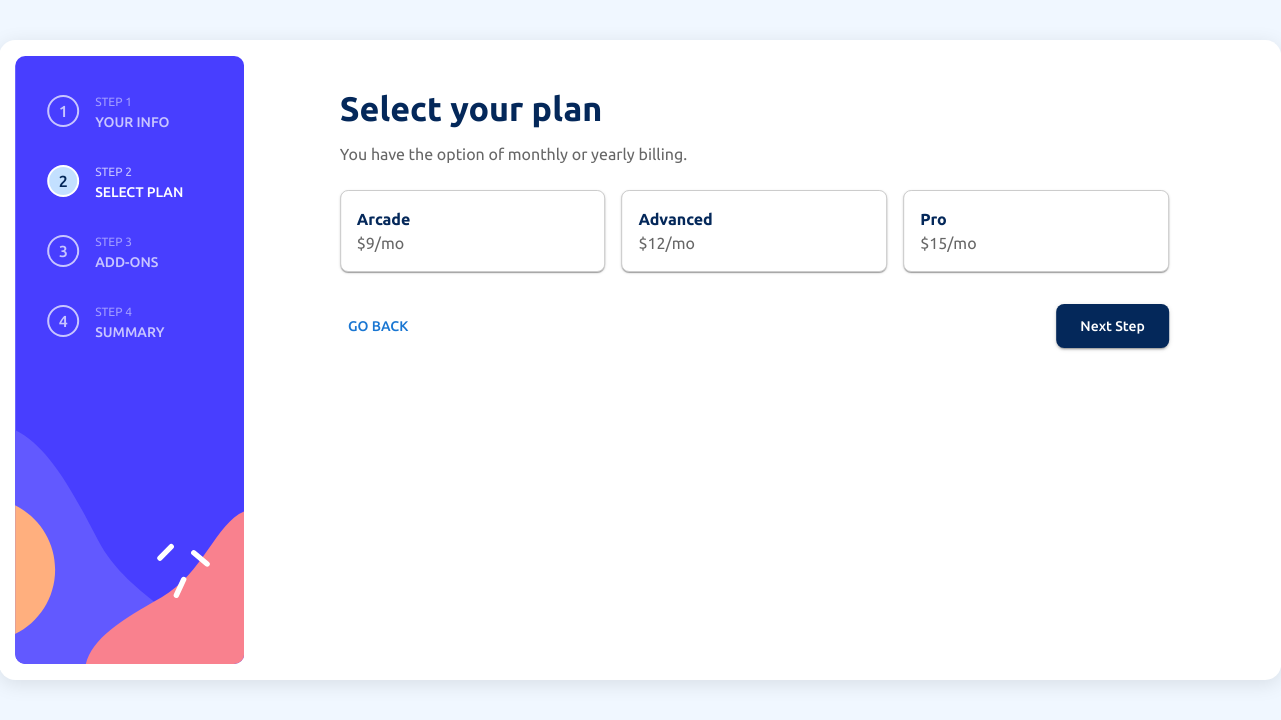
Repository: ozerrrs/chalange7days
Page: / (app in 7dayschalange/7dayschallange/), after clicking the first element matching `button.MuiButtonBase-root`
The author's editor kept a copy of each file at every save. The page is drawn from the files as they stood at one save, then again after the next save.
The browser window is 1280 px wide. The page is 1281 px wide, then 1280 px, so the pictures cover 1281 px, including what lies to the right of the window. The pictures show the whole page.
The project was rebuilt for these pictures with package versions that can differ from the ones it lists, and the page was loaded fresh each time. Also part of the build but not shown: 7dayschalange/7dayschallange/vite.config.js.

Above is the page before, as saved 2025-03-05 15:03:40.

### 7dayschalange/7dayschallange/src/main.jsx
import * as React from "react";
import * as ReactDOM from "react-dom/client";
import { ThemeProvider } from "@mui/material/styles";
import { CssBaseline } from "@mui/material";
import theme from "./theme/theme";
import App from "./App";
import "./index.css";
ReactDOM.createRoot(document.getElementById("root")).render(
  <React.StrictMode>
    <ThemeProvider theme={theme}>
      <CssBaseline />
      <App />
    </ThemeProvider>
  </React.StrictMode>
);

### 7dayschalange/7dayschallange/src/theme/theme.jsx
import { createTheme } from "@mui/material/styles";

const theme = createTheme({
  typography: {
    fontFamily: "'Ubuntu', sans-serif",
    h4: {
      fontWeight: 700,
    },
    h2: {
      fontWeight: 500,
    },
  },
  components: {
    MuiCssBaseline: {
      styleOverrides: `
        body {
          background-color: #f0f7ff;
        }
      `,
    },
  },
});

export default theme;

### 7dayschalange/7dayschallange/src/App.jsx
import { Routes, Route, BrowserRouter } from "react-router-dom";
import FirstPage from "./pages/firstPage";
import "@fontsource/ubuntu/400.css"; // Regular
import "@fontsource/ubuntu/500.css"; // Medium
import "@fontsource/ubuntu/700.css"; // Bold
function App() {
  return (
    <BrowserRouter>
      <Routes>
        <Route path="/" element={<FirstPage />} />
        {/* <Route path="/about" element={<About />} />
          <Route path="/login" element={<Login />} />
          <Route path="/register" element={<Register />} /> */}
      </Routes>
    </BrowserRouter>
  );
}
export default App;

### 7dayschalange/7dayschallange/src/index.css
#root {
  height: 100vh;
  width: 100vw;
  background-color: #f0f7ff;
}

### 7dayschalange/7dayschallange/src/pages/firstPage.jsx
import React, { useState } from "react";
import {
  Box,
  TextField,
  Typography,
  Button,
  Stepper,
  Step,
  StepLabel,
  Paper,
  Container,
  Grid,
  CssBaseline,
} from "@mui/material";
import { styled, ThemeProvider } from "@mui/material/styles";
// Import the background image for the sidebar
import backgroundNav from "../assets/bg-sidebar-desktop.svg"; // Adjust the path as needed

const FormContainer = styled(Paper)(({ theme }) => ({
  padding: theme.spacing(2),
  borderRadius: 16,
  boxShadow: "0px 4px 20px rgba(0, 0, 0, 0.1)",
  display: "flex",
  overflow: "hidden",
  minWidth: 1000,
  minHeight: 640,
  margin: "0 auto",
  position: "absolute",
  top: "50%",
  left: "50%",
  transform: "translate(-50%, -50%)",
}));

const SideBar = styled(Box)(({ theme }) => ({
  padding: theme.spacing(4),
  borderRadius: "10px 10px 10px 10px",
  color: "white",
  width: 274,
  position: "relative",
  overflow: "hidden",
  background: "none",
  minHeight: 568,
}));

const ContentArea = styled(Box)(({ theme }) => ({
  paddingLeft: theme.spacing(12),
  paddingRight: theme.spacing(12),
  paddingTop: theme.spacing(4),
  paddingBottom: theme.spacing(4),
  width: "100%",
}));

const NextButton = styled(Button)(({ theme }) => ({
  backgroundColor: "#04285a",
  color: "white",
  borderRadius: 8,
  padding: "10px 24px",
  textTransform: "none", // This prevents uppercase text

  "&:hover": {
    backgroundColor: "#172b4d",
  },
}));
const StyledTextField = styled(TextField)(({ theme }) => ({
  marginBottom: theme.spacing(2),
  "& .MuiOutlinedInput-root": {
    borderRadius: "10px",
    "& fieldset": {
      borderRadius: "10px",
    },
  },
}));

const StepNumber = styled(Box)(({ theme, active }) => ({
  width: 32,
  height: 32,
  borderRadius: "50%",
  border: "2px solid white",
  display: "flex",
  alignItems: "center",
  justifyContent: "center",
  marginRight: theme.spacing(2),
  backgroundColor: active ? "#c3e0ff" : "transparent", // Blue background when active
  color: active ? "#04285a" : "white",
  fontWeight: 500,
}));

const StepItem = styled(Box)(({ theme, active }) => ({
  display: "flex",
  alignItems: "center",
  marginBottom: theme.spacing(3),
  opacity: active ? 1 : 0.7,
}));

const steps = [
  { label: "YOUR INFO", description: "Personal details" },
  { label: "SELECT PLAN", description: "Choose your plan" },
  { label: "ADD-ONS", description: "Add extra features" },
  { label: "SUMMARY", description: "Review your order" },
];

function MultiStepForm() {
  const [activeStep, setActiveStep] = useState(0);
  const [formData, setFormData] = useState({
    name: "",
    email: "",
    phone: "",
  });

  const handleInputChange = (e) => {
    const { name, value } = e.target;
    setFormData({
      ...formData,
      [name]: value,
    });
  };

  const handleNext = () => {
    setActiveStep((prevActiveStep) => prevActiveStep + 1);
  };

  const handleBack = () => {
    setActiveStep((prevActiveStep) => prevActiveStep - 1);
  };

  const getStepContent = (step) => {
    switch (step) {
      case 0:
        return (
          <Box>
            <Typography
              variant="h4"
              gutterBottom
              fontWeight="bold"
              sx={{ color: "#04285a" }}
            >
              Personal info
            </Typography>
            <Typography color="textSecondary" paragraph>
              Please provide your name, email address, and phone number.
            </Typography>

            <Box mt={3}>
              <Typography fontWeight={500} mb={1} sx={{ color: "#04285a" }}>
                Name
              </Typography>
              <StyledTextField
                fullWidth
                placeholder="e.g. Stephen King"
                name="name"
                value={formData.name}
                onChange={handleInputChange}
                variant="outlined"
              />

              <Typography fontWeight={500} mb={1} sx={{ color: "#04285a" }}>
                Email Address
              </Typography>

              <StyledTextField
                fullWidth
                placeholder="e.g. stephenking@lorem.com"
                name="email"
                value={formData.email}
                onChange={handleInputChange}
                variant="outlined"
              />

              <Typography fontWeight={500} mb={1} sx={{ color: "#04285a" }}>
                Phone Number
              </Typography>

              <StyledTextField
                fullWidth
                placeholder="e.g. +1 234 567 890"
                name="phone"
                value={formData.phone}
                onChange={handleInputChange}
                variant="outlined"
                sx={{ mb: 8 }}
              />
            </Box>
          </Box>
        );
      case 1:
        return (
          <Box>
            <Typography
              variant="h4"
              gutterBottom
              fontWeight="bold"
              sx={{ color: "#04285a" }}
            >
              Select your plan
            </Typography>
            <Typography color="textSecondary" paragraph>
              You have the option of monthly or yearly billing.
            </Typography>

            {/* Plan selection content will go here */}
            <Box mt={3} sx={{ display: "flex", gap: 2 }}>
              {/* Example plan cards would go here */}
              <Paper
                sx={{
                  p: 2,
                  borderRadius: 2,
                  flex: 1,
                  border: "1px solid #ccc",
                }}
              >
                <Typography fontWeight="bold" sx={{ color: "#04285a" }}>
                  Arcade
                </Typography>
                <Typography color="textSecondary">$9/mo</Typography>
              </Paper>

              <Paper
                sx={{
                  p: 2,
                  borderRadius: 2,
                  flex: 1,
                  border: "1px solid #ccc",
                }}
              >
                <Typography fontWeight="bold" sx={{ color: "#04285a" }}>
                  Advanced
                </Typography>
                <Typography color="textSecondary">$12/mo</Typography>
              </Paper>

              <Paper
                sx={{
                  p: 2,
                  borderRadius: 2,
                  flex: 1,
                  border: "1px solid #ccc",
                }}
              >
                <Typography fontWeight="bold" sx={{ color: "#04285a" }}>
                  Pro
                </Typography>
                <Typography color="textSecondary">$15/mo</Typography>
              </Paper>
            </Box>
          </Box>
        );
      case 2:
        return (
          <Box>
            <Typography
              variant="h4"
              gutterBottom
              fontWeight="bold"
              sx={{ color: "#04285a" }}
            >
              Pick add-ons
            </Typography>
            <Typography color="textSecondary" paragraph>
              Add-ons help enhance your gaming experience.
            </Typography>
          </Box>
        );
      case 3:
        return (
          <Box>
            <Typography
              variant="h4"
              gutterBottom
              fontWeight="bold"
              sx={{ color: "#04285a" }}
            >
              Summary
            </Typography>
            <Typography color="textSecondary" paragraph>
              Please confirm your selections.
            </Typography>
          </Box>
        );
      default:
        return "Unknown step";
    }
  };

  return (
    <FormContainer>
      <SideBar>
        <Box
          sx={{
            position: "absolute",
            top: 0,
            left: 0,
            width: "100%",
            height: "100%",
            zIndex: 0,
          }}
        >
          <img
            src={backgroundNav}
            alt="background"
            style={{ width: "100%", height: "100%", objectFit: "cover" }}
          />
        </Box>
        <Box sx={{ position: "relative", zIndex: 1 }}>
          {steps.map((step, index) => (
            <StepItem key={index} active={activeStep === index}>
              <StepNumber active={activeStep === index}>{index + 1}</StepNumber>

              <Box>
                <Typography variant="caption" sx={{ opacity: 0.7 }}>
                  STEP {index + 1}
                </Typography>
                <Typography variant="subtitle2">{step.label}</Typography>
              </Box>
            </StepItem>
          ))}
        </Box>
      </SideBar>

      <ContentArea>
        {getStepContent(activeStep)}

        <Box sx={{ display: "flex", justifyContent: "flex-end", mt: 4 }}>
          {activeStep !== 0 && (
            <Button onClick={handleBack} sx={{ mr: 80 }}>
              Go Back
            </Button>
          )}
          <NextButton variant="contained" onClick={handleNext}>
            Next Step
          </NextButton>
        </Box>
      </ContentArea>
    </FormContainer>
  );
}

export default MultiStepForm;

Loaded but not shown: 7dayschalange/7dayschallange/index.html (common file)

After the next save:
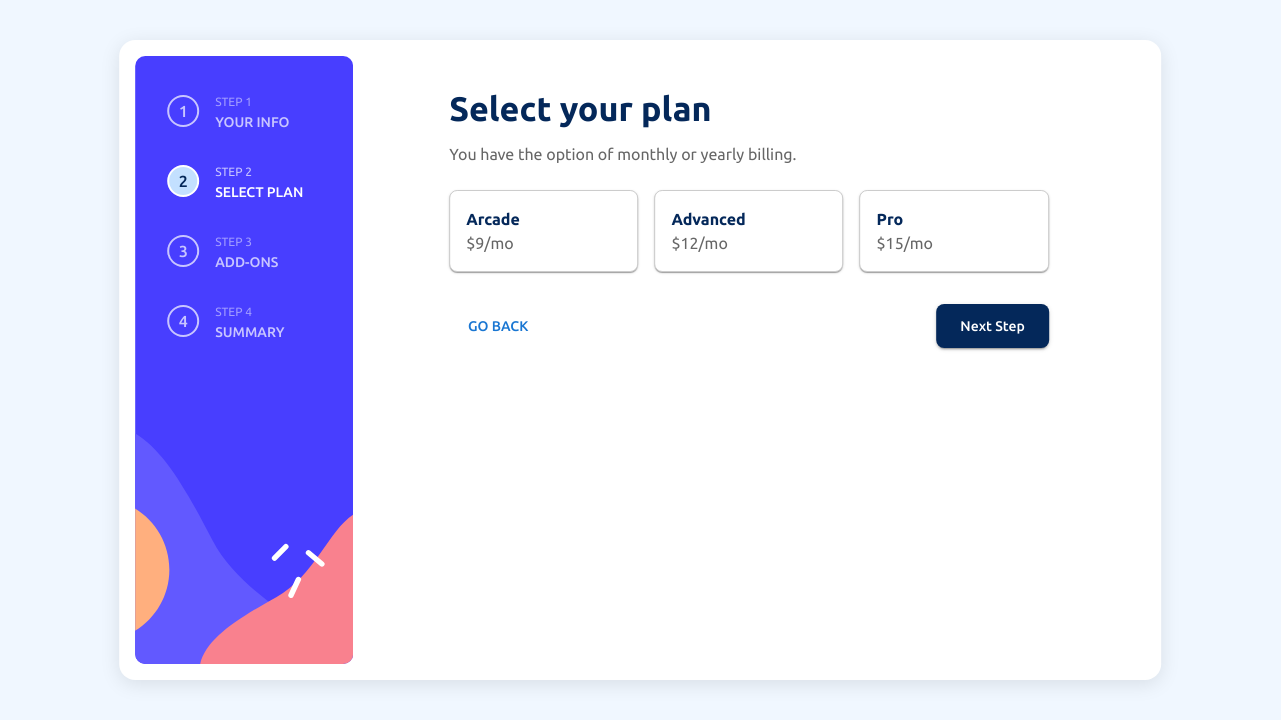
Saved 7 s later.
--- a/7dayschalange/7dayschallange/src/pages/firstPage.jsx
+++ b/7dayschalange/7dayschallange/src/pages/firstPage.jsx
@@ -321,7 +321,7 @@ function MultiStepForm() {
 
         <Box sx={{ display: "flex", justifyContent: "flex-end", mt: 4 }}>
           {activeStep !== 0 && (
-            <Button onClick={handleBack} sx={{ mr: 80 }}>
+            <Button onClick={handleBack} sx={{ mr: 50 }}>
               Go Back
             </Button>
           )}
